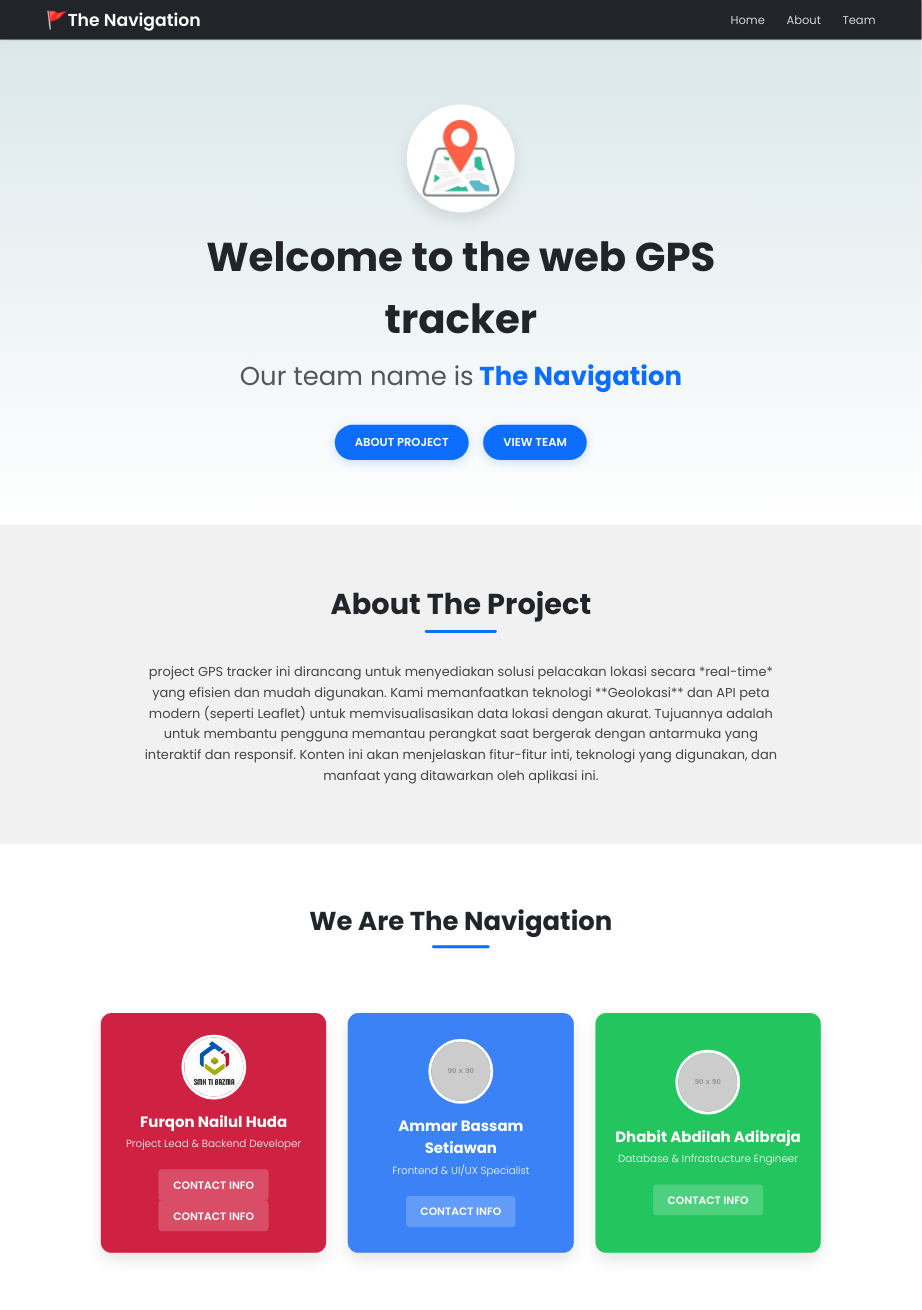
Repository: ammarsetiawan/gps-traker
Page: about.html
These files come from the project's save history. The page is drawn as it stood at one moment and after a run of saves; the edit follows.
The browser window is 1280 px wide. The pictures show the whole page, at 72% of full size.

Above is the page before, as saved 2025-11-27 16:37:18.

### about.html
<!DOCTYPE html>
<html lang="en">

<head>
    <meta charset="UTF-8">
    <meta name="viewport" content="width=device-width, initial-scale=1.0">
    <title>GPS Tracking - The Navigation</title>
    <link rel="stylesheet" href="https://unpkg.com/leaflet/dist/leaflet.css" />
    <link href="https://fonts.googleapis.com/css2?family=Poppins:wght@300;400;600;700&display=swap" rel="stylesheet">

    <style>
        :root {
            --primary-color: #0d6efd;
            --secondary-color: #0b5ed7;
            --dark-color: #212529;
            --light-color: #ffffff;
            --background-light: #f1f1f1;
            --red-card: #cf2141;
            --blue-card: #3b82f6;
            --green-card: #22c55e;
            --font-family: 'Poppins', sans-serif;
        }

        /* 🔄 Global Reset & Body */
        * {
            margin: 0;
            padding: 0;
            box-sizing: border-box;
            scroll-behavior: smooth;
        }

        body {
            font-family: var(--font-family);
            background: var(--light-color);
            padding-top: 55px;
            scroll-padding-top: 55px;
            transition: all 0.3s ease;
        }

        /* 🚀 NAVBAR */
        nav {
            background-color: var(--dark-color);
            height: 55px;
            display: flex;
            align-items: center;
            padding: 0 5%;
            position: fixed;
            width: 100%;
            top: 0;
            box-shadow: 0 2px 4px rgba(0, 0, 0, 0.1);
            z-index: 1000;
        }

        nav .brand {
            font-size: 24px;
            font-weight: 600;
            color: var(--light-color);
        }

        nav ul {
            list-style: none;
            display: flex;
            gap: 30px;
            margin-left: auto;
        }

        nav ul li a {
            text-decoration: none;
            color: rgba(255, 255, 255, 0.8);
            font-size: 16px;
            font-weight: 400;
            transition: 0.3s ease;
            position: relative;
            padding-bottom: 5px;
        }

        nav ul li a:hover {
            color: var(--light-color);
        }

        nav ul li a::after {
            content: '';
            position: absolute;
            width: 0;
            height: 2px;
            display: block;
            margin-top: 5px;
            right: 0;
            background: var(--primary-color);
            transition: width 0.3s ease;
        }

        nav ul li a:hover::after {
            width: 100%;
            left: 0;
            right: auto;
        }

        /* 🏠 Hero Section */
        .background {
            background: linear-gradient(to bottom, rgba(73, 136, 155, 0.2), rgba(92, 92, 88, 0));
            min-height: calc(100vh - 55px);
            padding: 50px 0;
            position: relative;
        }

        .container {
            height: 100%;
            display: flex;
            justify-content: center;
            align-items: center;
            padding: 0 5%;
        }

        .sub-container {
            padding: 40px 20px;
            text-align: center;
            max-width: 800px;
            margin: 0 auto;
        }

        .card-icons {
            width: 150px;
            height: 150px;
            display: flex;
            justify-content: center;
            align-items: center;
            margin: 0 auto 20px auto;
            border-radius: 50%;
            background: var(--light-color);
            box-shadow: 0 10px 20px rgba(0, 0, 0, 0.1);
            overflow: hidden;
        }

        .card-icons img {
            max-width: 80%;
            max-height: 80%;
            object-fit: contain;
        }

        .font-home {
            font-size: clamp(30px, 5vw, 56px);
            font-weight: 700;
            display: block;
            margin-bottom: 10px;
            color: var(--dark-color);
        }

        .font {
            display: flex;
            justify-content: center;
            align-items: center;
            font-size: clamp(20px, 3vw, 36px);
            font-weight: 400;
            color: #555;
            margin-bottom: 40px;
        }

        .font span {
            color: var(--primary-color);
            font-weight: 700;
            margin-left: 8px;
        }

        .button-group {
            display: flex;
            justify-content: center;
            gap: 20px;
        }

        /* Tombol Utama */
        .btn-custom {
            gap: 20px;
            display: inline-block;
            background-color: var(--primary-color);
            color: var(--light-color);
            padding: 12px 28px;
            border: none;
            border-radius: 50px;
            font-size: 16px;
            cursor: pointer;
            font-weight: 600;
            box-shadow: 0 4px 15px rgba(0, 110, 255, 0.2);
            transition: all 0.3s ease;
            text-decoration: none;
            text-transform: uppercase;
        }

        .btn-custom:hover {
            background-color: var(--secondary-color);
            transform: translateY(-3px);
            box-shadow: 0 8px 20px rgba(0, 110, 255, 0.3)
        }

        .btn-custom:active {
            background-color: #0a58ca;
            transform: translateY(0);
        }

        /* 📖 About Section */
        .background-page2 {
            background-color: var(--background-light);
            padding: 80px 5%;
            min-height: 400px;
        }

        .about-content {
            text-align: center;
            max-width: 900px;
            margin: 0 auto;
        }

        .about-project {
            font-size: clamp(30px, 4vw, 40px);
            font-weight: 700;
            color: var(--dark-color);
            position: relative;
            display: inline-block;
            margin-bottom: 20px;
        }

        .about-project::after {
            content: '';
            position: absolute;
            bottom: -10px;
            left: 50%;
            transform: translateX(-50%);
            width: 100px;
            height: 4px;
            background-color: var(--primary-color);
            border-radius: 2px;
        }

        .text-about {
            margin-top: 30px;
            font-size: 18px;
            line-height: 1.6;
            color: #444;
            min-height: 100px;
        }

        /* 👥 TEAM SECTION (FOKUS PERBAIKAN) */
        .background-page3 {
            padding: 80px 5%;
            /* Padding yang baik */
            min-height: 500px;
            text-align: center;
            /* Memastikan judul rata tengah */
        }

        .team {
            font-size: clamp(28px, 3.5vw, 36px);
            font-weight: 700;
            position: relative;
            display: inline-block;
            margin-bottom: 20px;
            color: var(--dark-color);
        }

        .team::after {
            content: '';
            position: absolute;
            bottom: -10px;
            left: 50%;
            transform: translateX(-50%);
            width: 80px;
            height: 4px;
            background-color: var(--primary-color);
            border-radius: 2px;
        }

        /* Kartu Tim: Menggunakan Grid untuk tata letak yang rapi */
        .cards {
            position: relative;
            top: 50px;
            display: grid;
            grid-template-columns: repeat(auto-fit, minmax(280px, 1fr));
            gap: 30px;
            max-width: 1000px;
            margin: 0 auto;
            padding-bottom: 50px;
        }

        .cards .card {
            display: flex;
            align-items: center;
            justify-content: center;
            flex-direction: column;
            text-align: center;
            padding: 30px 20px;
            min-height: 280px;
            border-radius: 15px;
            color: var(--light-color);
            cursor: pointer;
            transition: all 0.4s ease;
            box-shadow: 0 10px 20px rgba(0, 0, 0, 0.1);
            position: relative;
        }

        /* Definisi Warna Kartu */
        .cards .red {
            background-color: var(--red-card);
        }

        .cards .blue {
            background-color: var(--blue-card);
        }

        .cards .green {
            background-color: var(--green-card);
        }

        /* Gaya Gambar Anggota Tim */
        .cards .card img {
            width: 90px;
            height: 90px;
            border-radius: 50%;
            margin-bottom: 15px;
            object-fit: cover;
            border: 4px solid var(--light-color);
            /* Border putih tebal */
        }

        .cards .card .tip {
            font-size: 1.3em;
            /* Nama lebih besar */
            font-weight: 700;
            margin-bottom: 5px;
        }

        .cards .card .second-text {
            font-size: .9em;
            font-weight: 300;
            margin-bottom: 25px;
            /* Jarak ke tombol */
        }

        /* Tombol di dalam kartu (disesuaikan agar berbeda dari tombol utama) */
        .cards .card .btn-custom {
            padding: 10px 20px;
            font-size: 15px;
            background-color: rgba(255, 255, 255, 0.2);
            /* Transparan */
            box-shadow: none;
            border-radius: 5px;
            /* Bentuk kotak lebih kecil */
        }

        .cards .card .btn-custom:hover {
            background-color: rgba(255, 255, 255, 0.4);
            transform: none;
            /* Nonaktifkan efek lift untuk tombol di dalam card */
        }

        /* Efek Hover untuk Kartu */
        .cards .card:hover {
            transform: translateY(-10px);
            /* Efek lift-up */
            box-shadow: 0 15px 30px rgba(0, 0, 0, 0.2);
        }

        /* Efek blur pada kartu lain saat hover */
        .cards:hover>.card:not(:hover) {
            filter: blur(2px) grayscale(50%);
            opacity: 0.8;
            transform: none;
        }

        /* Navbar Menu Button (Hanya terlihat di mobile) */
        #menuBtn {
            margin-left: auto;
            background: transparent;
            border: none;
            padding: 5px;
            cursor: pointer;
            display: none;

        }

        #menuBtn div {
            width: 25px;
            height: 3px;
            background-color: var(--light-color);
            margin: 4px 0;
            transition: 0.3s;
            border-radius: 2px;
        }

        /* 📱 MEDIA QUERY: Mobile/Tablet */
        @media (max-width: 768px) {
            .btn-custom {
                margin-bottom: 20px;
            }

            nav {
                padding: 0 3%;
            }

            nav ul {
                position: fixed;
                top: 55px;
                right: 0;
                background: var(--dark-color);
                width: 200px;
                flex-direction: column;
                padding: 15px;
                display: none;
                border-bottom-left-radius: 10px;
                z-index: 999;
                box-shadow: -2px 2px 5px rgba(0, 0, 0, 0.2);
                transform: translateX(100%);
                transition: transform 0.3s ease-out;
            }

            nav ul.show {
                display: flex;
                transform: translateX(0);
            }

            nav ul li a {
                padding: 10px 0;
                display: block;
                border-bottom: 1px solid rgba(255, 255, 255, 0.1);
            }

            #menuBtn {
                display: block;
            }

            .button-group {
                flex-direction: column;
                gap: 15px;
            }

            .btn-custom {
                width: 80%;
                margin: 0 auto;
            }

            /* Perbaikan fokus di mobile */
            .background-page3 {
                padding: 60px 3%;
                /* Padding lebih kecil di mobile */
            }

            .cards {
                grid-template-columns: 1fr;
                /* Satu kolom di mobile */
                top: 30px;
            }
        }
    </style>
</head>

<body>

    <nav>
        <h2 class="brand">🚩The Navigation</h2>

        <button id="menuBtn">
            <div></div>
            <div></div>
            <div></div>
        </button>

        <ul id="menu">
            <li><a href="./index.html">Home</a></li>
            <li><a href="#about-section">About</a></li>
            <li><a href="#view-team">Team</a></li>
        </ul>
    </nav>

    <section class="background">
        <div class="container">
            <div class="sub-container">
                <div class="card-icons">


                    <img src="./png-clipart-gps-navigation-device-gps-tracking-unit-vehicle-tracking-system-icon-green-map-red-location-mark-map-logo-electronics-text-thumbnail-removebg-preview.png"
                        alt="">

                </div>

                <h2 class="font-home">Welcome to the web GPS tracker</h2>
                <div class="font">
                    Our team name is
                    <span class="font-arch">The Navigation</span>
                </div>

                <div class="button-group">
                    <a href="#about-section" class="btn-custom">
                        About Project
                    </a>
                    <a href="#view-team" class="btn-custom">
                        View Team
                    </a>
                </div>
            </div>
        </div>
        <footer>
        </footer>
    </section>

    <section class="background-page2" id="about-section">
        <div class="about-content">
            <h2 class="about-project">About The Project</h2>
            <p class="text-about">
                project GPS tracker ini dirancang untuk menyediakan solusi pelacakan lokasi secara *real-time* yang
                efisien dan mudah digunakan. Kami memanfaatkan teknologi **Geolokasi** dan API peta modern (seperti
                Leaflet) untuk memvisualisasikan data lokasi dengan akurat. Tujuannya adalah untuk membantu pengguna
                memantau perangkat saat bergerak dengan antarmuka yang interaktif dan responsif. Konten ini akan
                menjelaskan fitur-fitur inti, teknologi yang digunakan, dan manfaat yang ditawarkan oleh aplikasi ini.
            </p>
        </div>
    </section>

    <section class="background-page3" id="view-team">
        <div style="text-align: center; padding-bottom: 30px;">
            <h2 class="team">We Are The Navigation</h2>
        </div>

        <div class="cards">
            <div class="card red">
                <img src="data:[embedded picture, 6755 characters]"
                    alt="Furqon Nailul Huda Avatar">
                <p class="tip">Furqon Nailul Huda</p>
                <p class="second-text">Project Lead & Backend Developer</p>
                <a href="#" class="btn-custom">Contact Info</a>
                <a href="#" class="btn-custom">Contact Info</a>
            </div>
            <div class="card blue">
                <img src="https://via.placeholder.com/90/ffffff/3b82f6?text=AS" alt="Ammar Bassam Setiawan Avatar">
                <p class="tip">Ammar Bassam Setiawan</p>
                <p class="second-text">Frontend & UI/UX Specialist</p>
                <a href="#" class="btn-custom">Contact Info</a>
            </div>
            <div class="card green">
                <img src="https://via.placeholder.com/90/ffffff/22c55e?text=DA" alt="Dhabit Abdilah Adibraja Avatar">
                <p class="tip">Dhabit Abdilah Adibraja</p>
                <p class="second-text">Database & Infrastructure Engineer</p>
                <a href="#" class="btn-custom">Contact Info</a>
            </div>
        </div>
    </section>


    <div id="content"></div>
    <script>
        const btn = document.getElementById("menuBtn");
        const menu = document.getElementById("menu");

        btn.addEventListener("click", () => {
            // Menggunakan class 'show' untuk menampilkan/menyembunyikan menu
            menu.classList.toggle('show');
        });

        // Menutup menu saat link di klik (khusus mobile)
        document.querySelectorAll('#menu a').forEach(link => {
            link.addEventListener('click', () => {
                // Hanya tutup jika tampilan adalah mobile (misalnya, jika menu ditampilkan sebagai dropdown)
                if (window.innerWidth <= 768) {
                    menu.classList.remove('show');
                }
            });
        });
    </script>

</body>

</html>

After the next 8 saves:
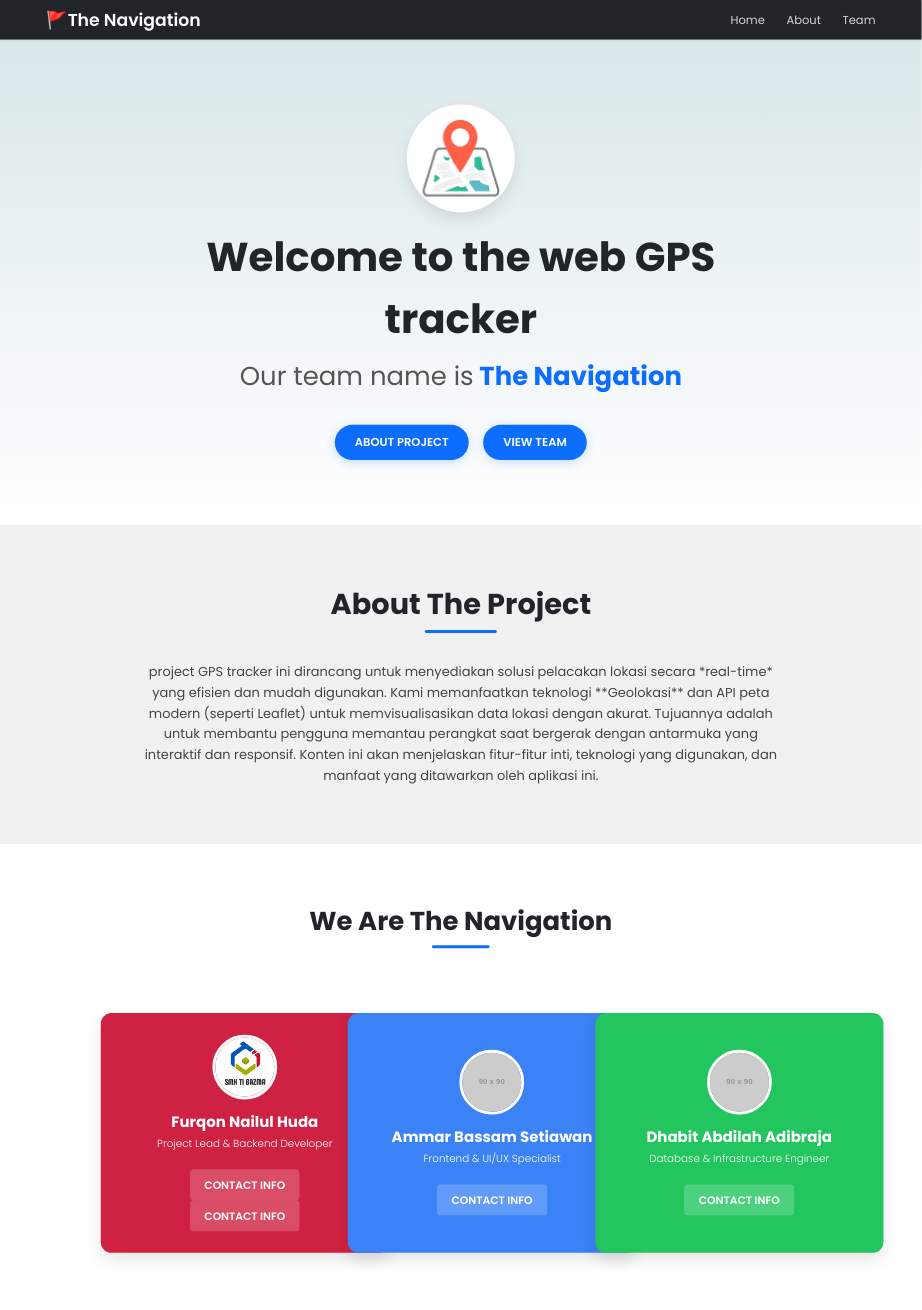
The 8 saves are shown as one change because they came seconds apart.
The last was saved 20 s later.
--- a/about.html
+++ b/about.html
@@ -289,6 +289,7 @@
             text-align: center;
             padding: 30px 20px;
             min-height: 280px;
+            width: 400px;
             border-radius: 15px;
             color: var(--light-color);
             cursor: pointer;

After the 2 saves that followed:
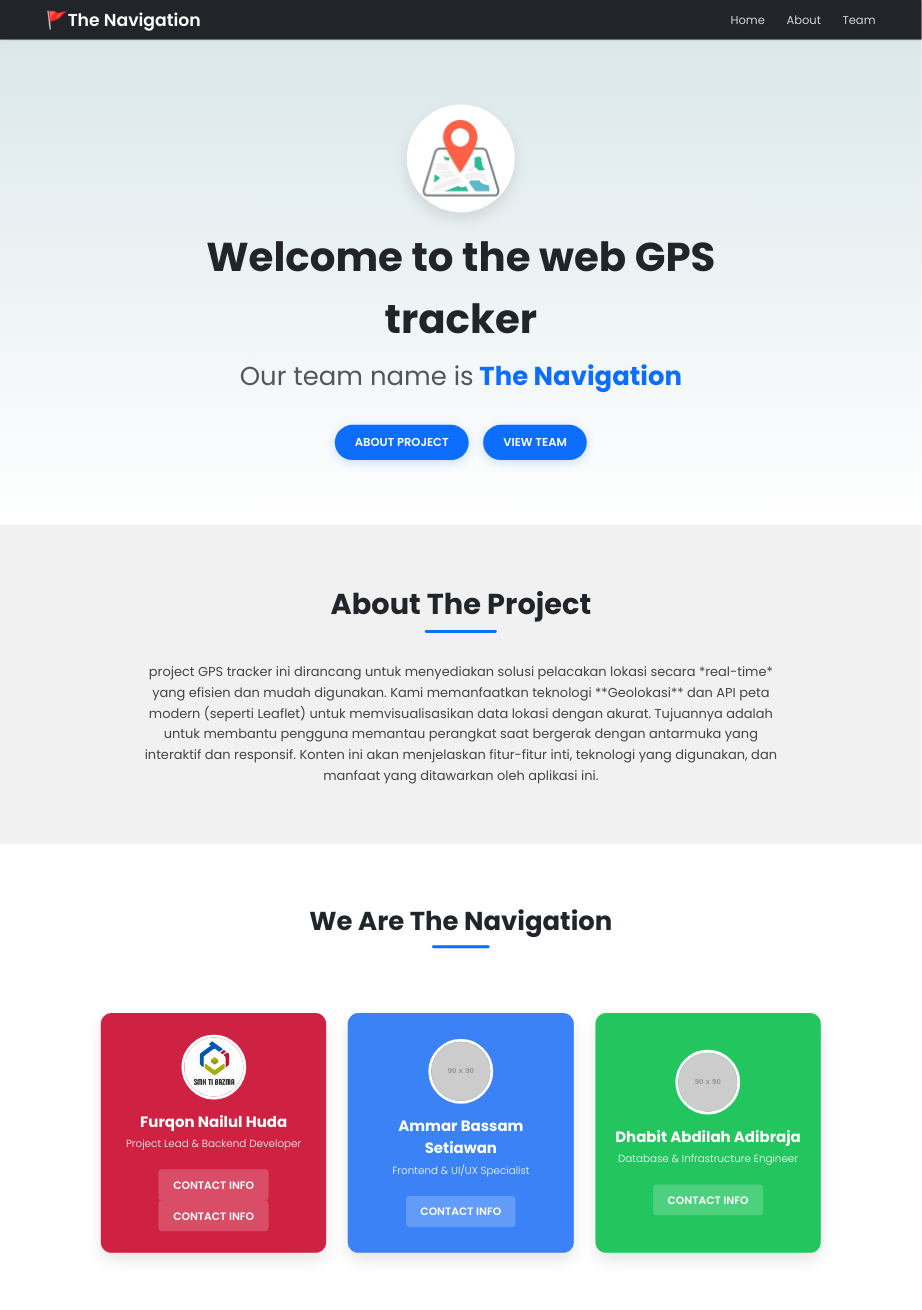
The 2 saves are shown as one change because they came seconds apart.
The last was saved 10 s later.
--- a/about.html
+++ b/about.html
@@ -289,7 +289,6 @@
             text-align: center;
             padding: 30px 20px;
             min-height: 280px;
-            width: 400px;
             border-radius: 15px;
             color: var(--light-color);
             cursor: pointer;
